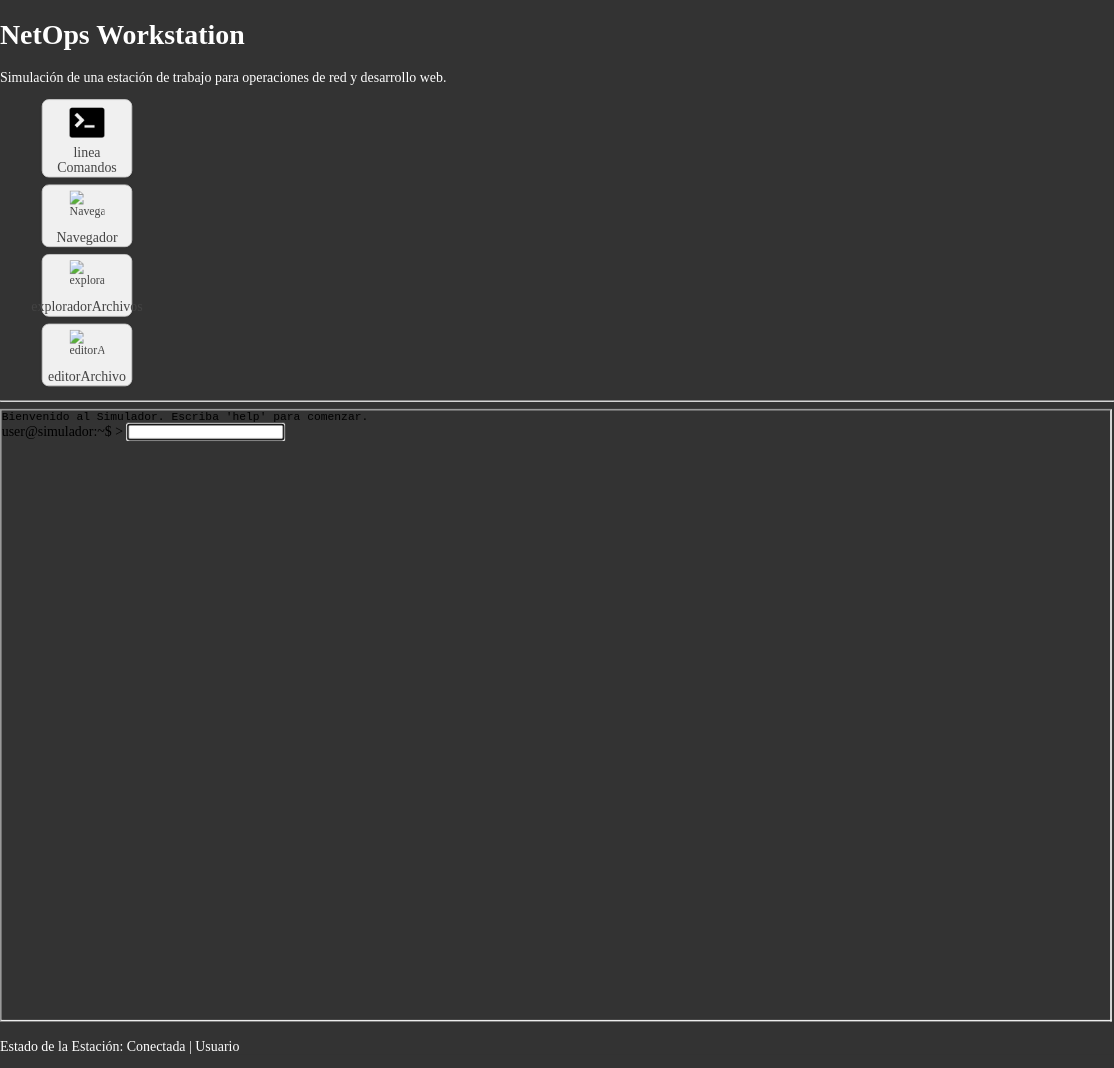
Repository: ValdezGalia/ProgramacionWebUcab
Page: lan-01.html
The author's editor kept a copy of each file at every save. The page is drawn from the files as they stood at one save, then again after the next save.
The browser window is 1280 px wide. The pictures show the whole page, at 87% of full size.

Above is the page before, as saved 2025-11-13 16:28:50.

After the next save:
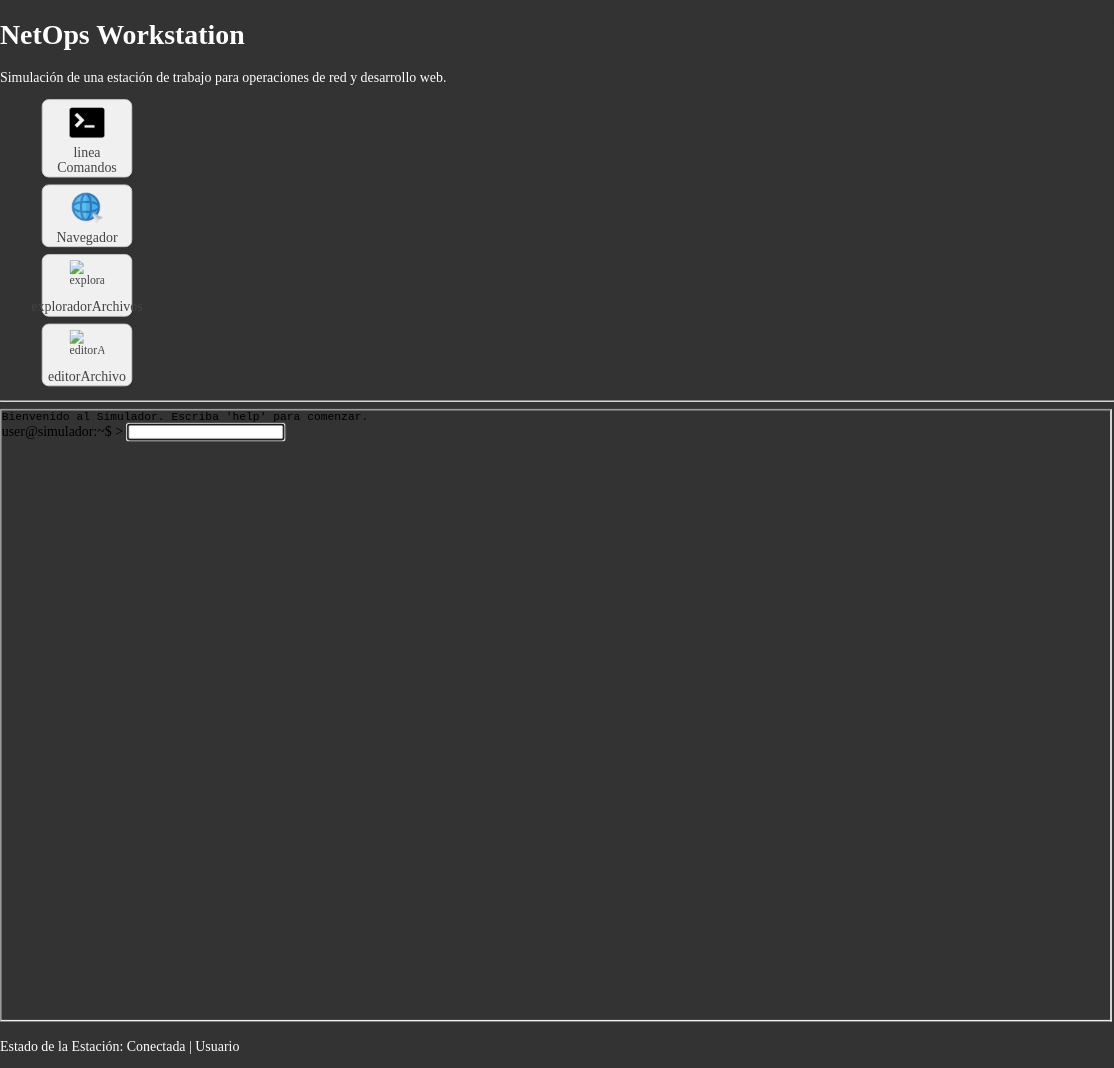
Saved 99 s later.
--- a/lan-01.html
+++ b/lan-01.html
@@ -21,7 +21,7 @@
         <nav id="app-navigation" aria-label="Aplicaciones de la estación de trabajo">
             <ul id="app-list">
                 <li><a href="#" data-tool="lineaComandos"><img src="assets/img/terminal.png" class="app-icon" alt="lineaComandos"><span>linea Comandos</span></a></li>
-                <li><a href="#" data-tool="navegador"><img src="" class="app-icon" alt="Navegador"><span>Navegador</span></a></li>
+                <li><a href="#" data-tool="navegador"><img src="assets/img/navweb.png" class="app-icon" alt="Navegador"><span>Navegador</span></a></li>
                 <li><a href="#" data-tool="exploradorArchivos"><img src="" class="app-icon" alt="exploradorArchivos"><span>exploradorArchivos</span></a></li>
                 <li><a href="#" data-tool="editorArchivo"><img src="" class="app-icon" alt="editorArchivo"><span>editorArchivo</span></a></li>
             </ul>
